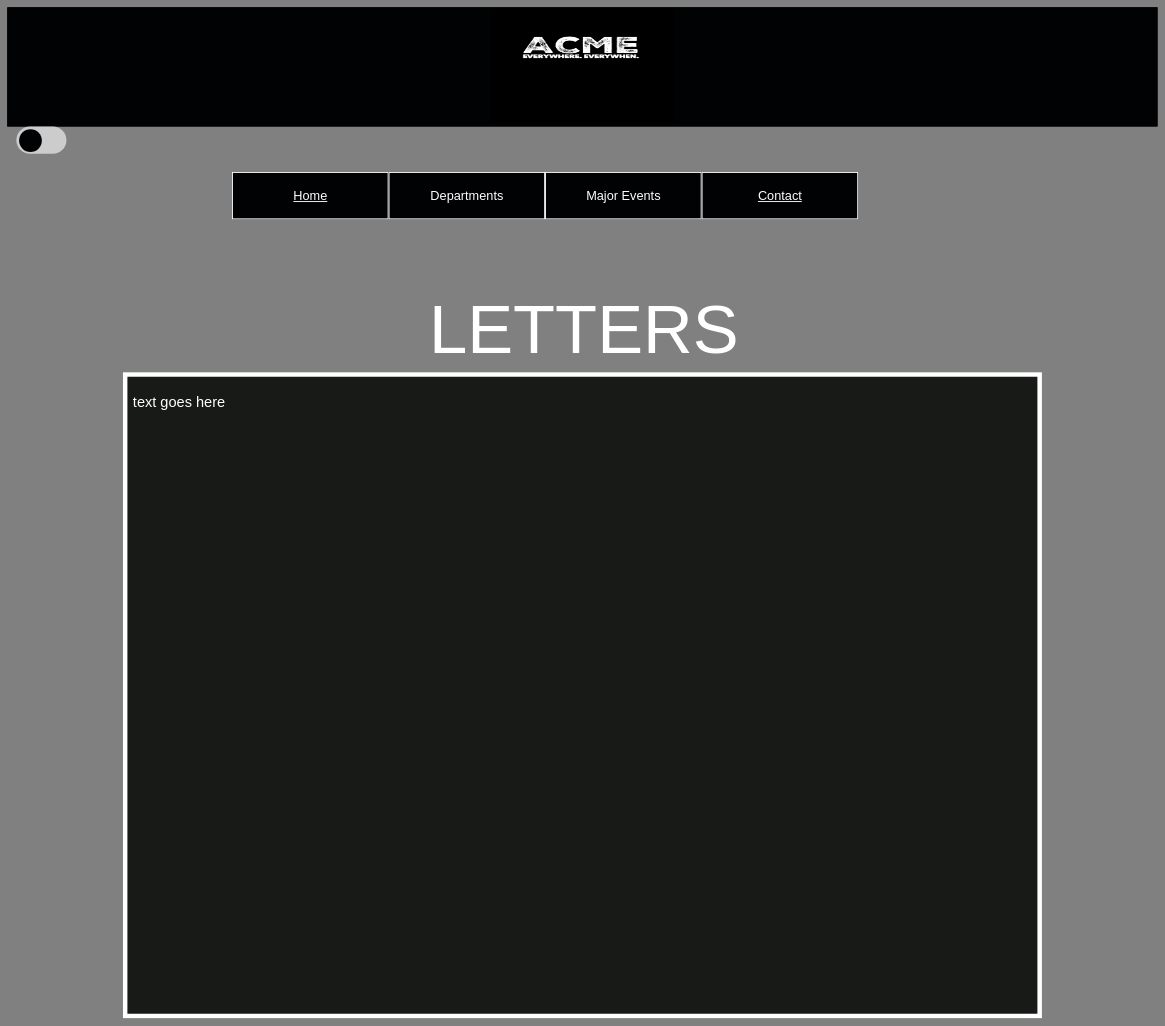
Repository: omega7379/omega7379.github.io
Page: humanResources.html
An editor plug-in stored every save of this project. The page is shown before and after the next save, followed by the edit.
The browser window is 1280 px wide. The pictures show the whole page, at 91% of full size.

Above is the page before, as saved 2022-06-21 22:32:45.

### humanResources.html
<!--created by Josip Bailey
Created 250122, Last Update 210622-->
<!DOCTYPE html>
<html lang="en">
    <body class="background">
        <header>
            <head>
                <!--meta data-->
                <meta charset="UTF-8">
                <meta http-equiv="X-UA-Compatible" content="IE=edge">
                <meta name="viewport" content="width=device-width, initial-scale=1.0">

                <!--tab title-->
                <title>ACME TIKTOK</title>
                <link rel="icon" href="acmeanvil.png">

                <!--import css-->
                <link id = "theme" rel="stylesheet" type="text/css" href="acmeStyleGuideDark.css">

            </head>

            <div class="top">
                <img src="acmelogo.png" alt="Homescreen Logo" width="200" height="125">
            </div>

        </header>
        <!--main scetion-->
        <main>
            <!--create toggle button to adjust switch colour-scheme-->
            <span class="toggle">
                <label class="switch" onclick="toggleTheme()">
                    <input type="checkbox">
                    <span class="slider"></span>
                </label>
            </span>

            <!--dropdown menu-->
            <div class="wrapper">
                <ul>
                    <li><a href="home.html">Home</a></li>
                    <li>Departments
                        <ul>
                            <li>Support
                                <ul>
                                    <li><a href="villianSupport.html">Villian Support</a></li>
                                    <li><a href="heroSupport.html">Hero Support</a></li>
                                    <li><a href="sidekickSupport.html">Sidekick Support</a></li>
                                    <li><a href="antiheroSupport.html">Antihero Support</a></li>
                                    <li><a href="memberSolutions.html">Member Solutions</a></li>
                                    <li><a href="itSupport.html">IT Support</a></li>
                                </ul>
                            </li>
                            <li>Corporate
                                <ul>
                                    <li><a href="corporate.html">Corporate</a></li>
                                    <li><a href="legal.html">Legal</a></li>
                                    <li><a href="collections.html">Collections</a></li>
                                    <li><a href="buildCrew.html">Build Crew</a></li>
                                    <li><a href="marketing.html">Marketing</a></li>
                                    <li><a href="communications.html">Communications</li>
                                    <li><a href="letters.html">Letters</a></li>
                                    <li><a href="humanResources.html">Human Resources</a></li>
                                    <li><a href="transportation.html">Transportation</a></li>
                                    <li><a href="publicRelations.html">Public Relations</a></li>
                                    <li><a href="evidenceDisposal.html">Evidence Disposal</a></li>
                                </ul>
                            </li>
                        </ul>
                    </li>
                    <li>Major Events
                        <ul>
                            <li><a href="borg.html">Borg Attack</a></li>
                            <li><a href="ork.html">Ork Invasion</a></li>
                            <li><a href="councilWar.html">Council War</a></li>
                            <li><a href="timeKeepers.html">Time Keepers</a></li>
                            <li><a href="TerryEscape.html">Terry's Escape</a></li>
                            <li><a href="hacked.html">The Hacker</a></li>
                        </ul>
                    </li>
                    <li><a href="contact.html">Contact</a></li>
                </ul>
            </div>
        </br></br></br>
            <div class="title">
                <p>LETTERS</p>
            </div>
            <!--main table holding the contents of the page-->
            <div class="contentTable">
                <table>
                    <tr><td>
                        <!--contents of page go here-->
                        <p>
                            text goes here
                        </p>
                    </tr></td>
                </table>
            </div>
        </main>
        <script type="text/javascript" src="acmejs.js"></script>
    </body>
</html>

### acmeStyleGuideDark.css
/*CSS webpage dark mode ACME, created by Josip Bailey
created 170122, last update 170622*/

/*header styling applying black to expand image without stretching*/
div.top {
    border: 1px solid #010203;
    background-color: #010203;
    text-align: center;
    align-content: center;
}
.title{
    font-size: 2cm;
    margin: auto;
    text-align: center;
    align-content: center;
}

/*start of the toggle button might delete*/
div.toggle{
    position: absolute;
    top: 50%;
    left:50%;
    transform: translate(-50%,-50%);
    text-align: left;
}
.switch{
    position: relative;
    display: inline-block;
    width: 55px;
    height: 30px;
    margin: 0 10px;

}
.slider{
    position: absolute;
    cursor: pointer;
    top: 0;
    left: 0;
    right: 0;
    bottom: 0;
    background-color: #ccc;
    transition: 0.4s;
    border-radius: 18px;
}
.switch input {display: none;}
.slider:before{
    position: absolute;
    content:"";
    height: 25px;
    width: 25px;
    left: 2.5px;
    bottom: 2.5px;
    background-color: #010203;
    transition: 0.4s;
    border-radius: 25px;
}
input:checked + .slider{
    background-color: #ccc;
}

input:checked + .slider:before{
    transform: translateX(25px);
}
/*end of button styling*/

/*background*/
.background{
    background-color: grey;
}

/*adjust text*/
p{
    margin-bottom: 4px;
    margin-left: 3px;
    font-family: Arial, Helvetica, sans-serif;
    color: white;
}
.chapter{
    margin-bottom: 8px;
    font-family: Arial, Helvetica, sans-serif;
    color: white;
    font-size: 1cm;
    text-align: center;
}

/*contentTable styling*/
.contentTable{
    border: 5px solid white;
    background-color: #181A18;
    max-width: 1000px;
    margin: auto;
    height: 700px;
    overflow: scroll;
}
.contentTablePDF{
    border: 5px solid white;
    /*background-color: #181A18;*/
    max-width: 1000px;
    margin: auto;
    height: 700px;
}
::-webkit-scrollbar{
    width: 12px;
    height: 12px;
}
::-webkit-scrollbar-thumb {
    background: white;
    border-radius: 10px;
}
::-webkit-scrollbar-thumb:hover {
    background: crimson;
}

/*drop down menu*/
.wrapper{
    width: 850px;
    margin: auto;
}
.wrapper ul{
    list-style: none;
    margin-top: 5px;
}
.wrapper ul li{
    background: #010203;
    width: 170px;
    border: 1px solid white;
    height: 50px;
    line-height: 50px;
    text-align: center;
    float: left;
    color: white;
    font-size: 14px;
    position: relative;
    font-family: Arial, Helvetica, sans-serif;
}
.wrapper ul ul{
    display: none;
}
.wrapper ul li:hover{
    background: crimson;
}
/*not broken, just a FEATURE*/
.wrapper ul li:hover > ul{/*messing with padding here to increase mouse accuracy and drop alignment*/
    display: block;
    margin: 0 0 -10em -2em;
    padding: 0 0 -2em 2em;
    z-index: 1;
    position: relative;
}
.wrapper ul ul ul{
    margin-left: 136px;
    top: 0;
    position: absolute;
}
/*adjust hyperlink colours*/
a:link{
    color: white;
}
a:visited{
    color: white;
}
a:hover{
    color: black;
}

### acmejs.js
/*enable switch for css pages-->*/
function toggleTheme(){
    var theme = document.getElementsByTagName('link')[0];
    if (theme.getAttribute('href') == 'acmeStyleGuideDark.css'){
        theme.setAttribute('href', 'acmeStyleGuideLight.css');
    }
    else {
        theme.setAttribute('href', 'acmeStyleGuideDark.css');
    }
}

After the next save:
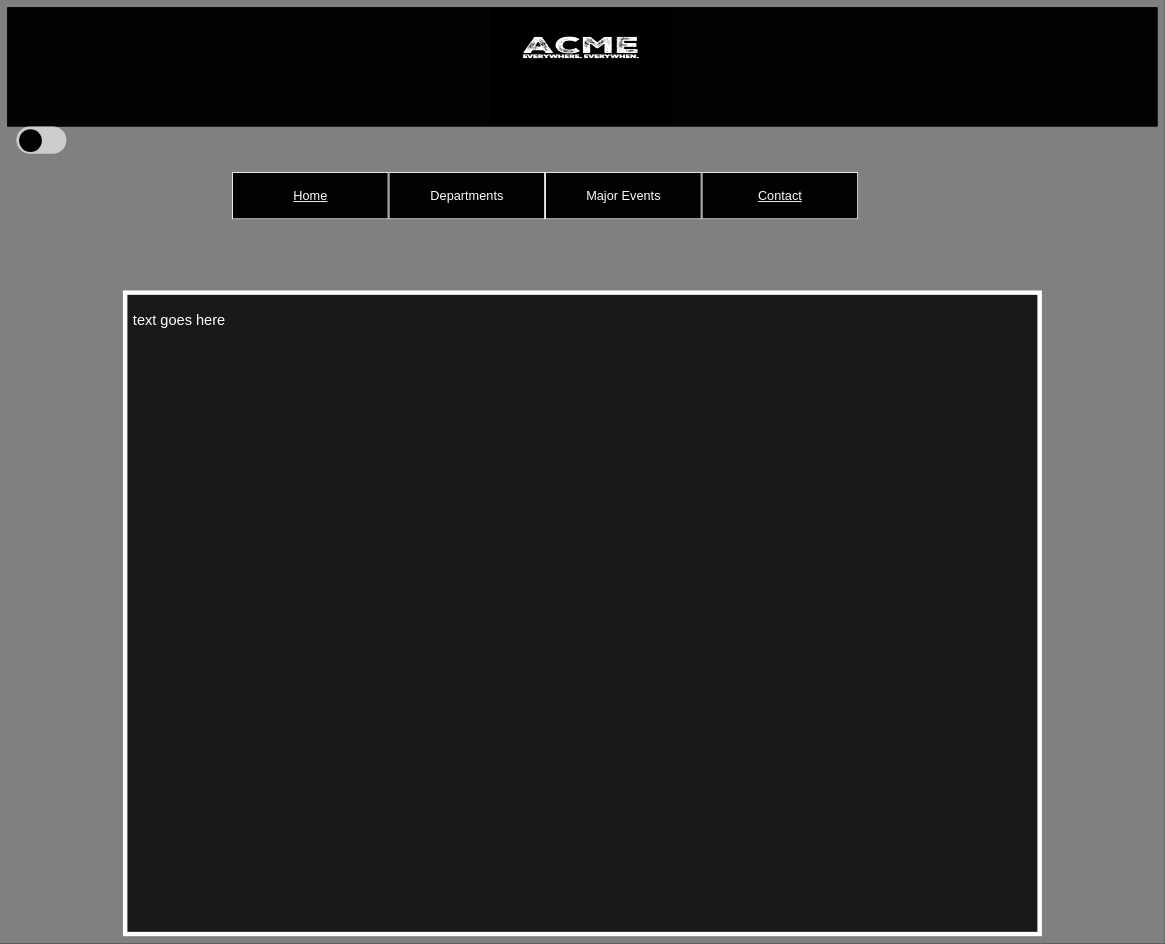
Saved 19 s later.
--- a/humanResources.html
+++ b/humanResources.html
@@ -82,7 +82,7 @@ Created 250122, Last Update 210622-->
             </div>
         </br></br></br>
             <div class="title">
-                <p>LETTERS</p>
+                <p></p>
             </div>
             <!--main table holding the contents of the page-->
             <div class="contentTable">
